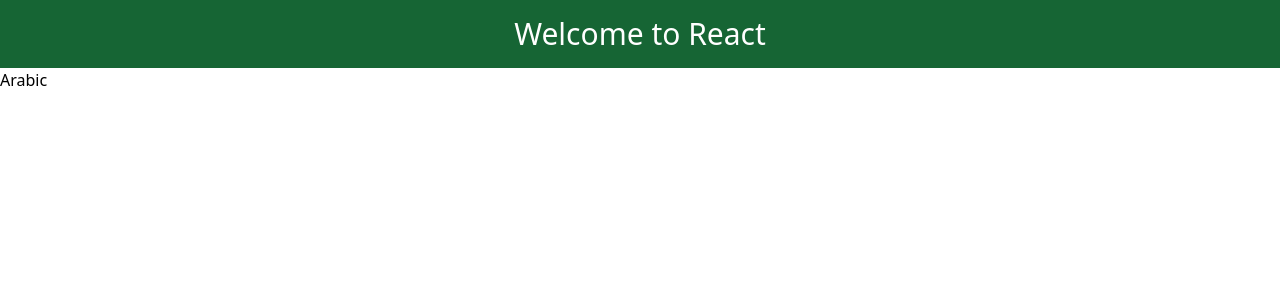
Repository: SaadYasin/react-internationalization
Page: /
The author's editor kept a copy of each file at every save. The page is drawn from the files as they stood at one save, then again after the next save.
The browser window is 1280 px wide. The pictures show the whole page.
The project was rebuilt for these pictures with package versions that can differ from the ones it lists, and the page was loaded fresh each time. Also part of the build but not shown: vite.config.js.

Above is the page before, as saved 2024-07-18 21:31:20.

After the next save:
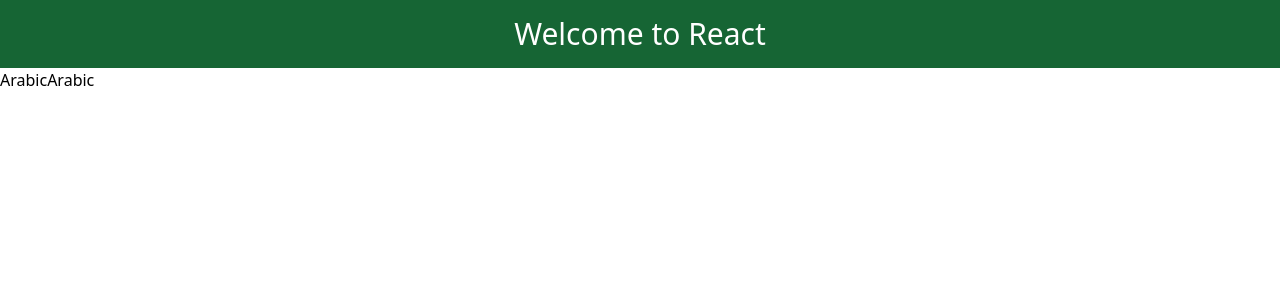
Saved 6 s later.
--- a/src/App.jsx
+++ b/src/App.jsx
@@ -10,6 +10,7 @@
       <div>
         <h2 className="text-3xl text-center text-white p-4 bg-green-800">{t("Welcome to React")}</h2>
         <button>Arabic</button>
+        <button>Arabic</button>
 
       </div>
     </>
